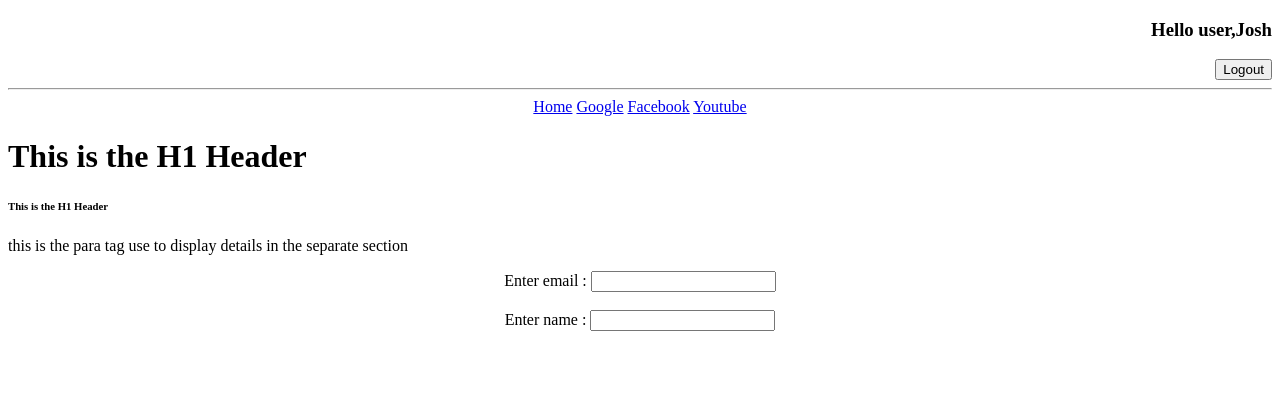
Repository: devandevare/Java
Page: Adv Java/Projects/first-web-app/src/main/webapp/demo.html
The author's editor kept a copy of each file at every save. The page is drawn from the files as they stood at one save, then again after the next save.
The browser window is 1280 px wide. The pictures show the whole page.

Above is the page before, as saved 2022-09-25 05:50:49.

After the next save:
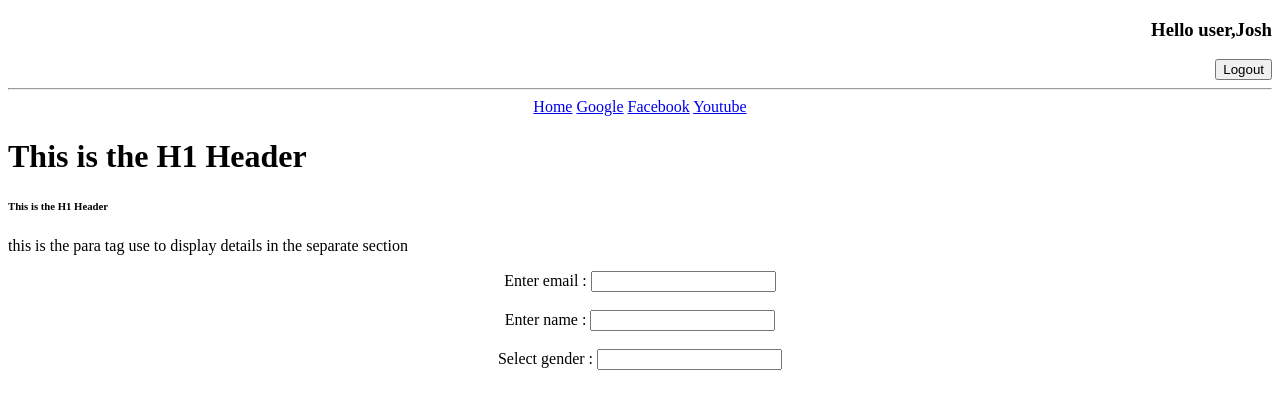
Saved 29 s later.
--- a/Adv Java/Projects/first-web-app/src/main/webapp/demo.html
+++ b/Adv Java/Projects/first-web-app/src/main/webapp/demo.html
@@ -33,6 +33,10 @@
 		<br/>
 			<label>Enter name :</label>
 		<input type="text" name="name"> </input>
+		<br/>
+		<br/>
+			<label>Select gender :</label>
+		<input type="text" name="name"> </input>
 		</form>
 		</div>
 
